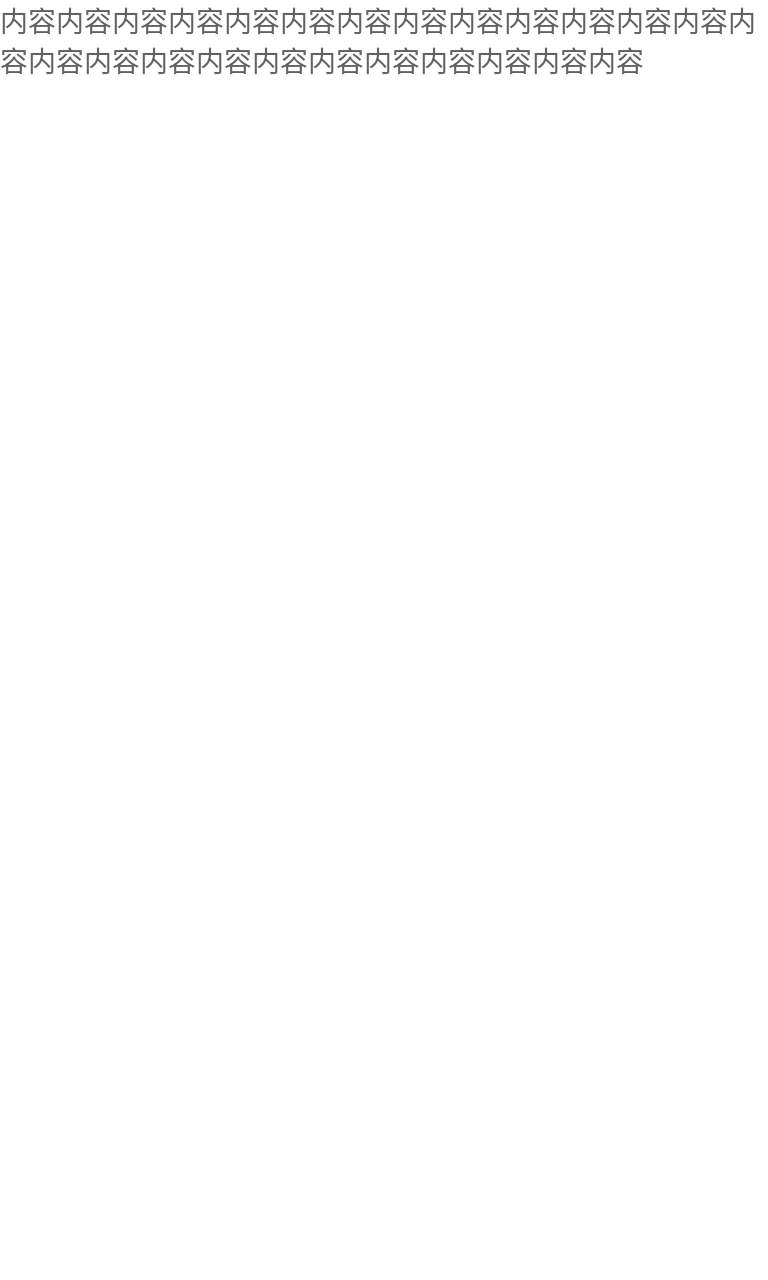
Repository: fatio/Nower
Layout: Android_Client_Source/EnjoyIt/res/layout/comment_list_item.xml
An editor plug-in stored every save of this project. The layout is shown before and after the next save, followed by the edit.
It is drawn on a 768 x 1280 px phone screen (xhdpi) without system bars, with theme AppTheme; the app's code is not run.

Above is the layout before, as saved 2015-12-27 14:13:46.

### Android_Client_Source/EnjoyIt/res/layout/comment_list_item.xml
<?xml version="1.0" encoding="utf-8"?>
<LinearLayout xmlns:android="http://schemas.android.com/apk/res/android"
    android:layout_width="match_parent"
    android:layout_height="match_parent"
    android:layout_marginBottom="5dp"
    android:layout_marginLeft="5dp"
    android:layout_marginRight="5dp"
    android:layout_marginTop="5dp"
    android:orientation="horizontal" >

    <!--
         <TextView
        android:id="@+id/tv_com_user"
        android:layout_width="wrap_content"
        android:layout_height="wrap_content"
        android:text="小明"
        android:textColor="#448AFF"
        android:textSize="12sp" />

    <TextView
        android:id="@+id/tv_back_text"
        android:layout_width="wrap_content"
        android:layout_height="wrap_content"
        android:text="回复"
        android:textColor="#2B2B2B"
        android:textSize="12sp" />

    <TextView
        android:id="@+id/tv_comed_user"
        android:layout_width="wrap_content"
        android:layout_height="wrap_content"
        android:text="小红"
        android:textColor="#448AFF"
        android:textSize="12sp" />

    <TextView
        android:layout_width="wrap_content"
        android:layout_height="wrap_content"
        android:text="："
        android:textColor="#2B2B2B"
        android:textSize="12sp" />

    <TextView
        android:id="@+id/tv_context"
        android:layout_width="wrap_content"
        android:layout_height="wrap_content"
        android:text="内容内容内容内容内容内容内容内容内容内容内容内容内容内容内容内容内容内容内容内容内容内容内容内容内容内容"
        android:textColor="#2B2B2B"
        android:textSize="12sp" />
    -->

    <TextView
        android:id="@+id/tv_text"
        android:layout_width="wrap_content"
        android:layout_height="wrap_content"
        android:text="内容内容内容内容内容内容内容内容内容内容内容内容内容内容内容内容内容内容内容内容内容内容内容内容内容"
        android:textColor="#616161" />

</LinearLayout>

### Android_Client_Source/EnjoyIt/res/values/styles.xml
<resources>
    <style name="like_toast_dialog_style">
        <item name="android:windowFrame">@null</item>
        <item name="android:windowIsFloating">true</item>
        <item name="android:windowIsTranslucent">true</item>
        <item name="android:windowNoTitle">true</item>
        <item name="android:backgroundDimEnabled">false</item>
        <item name="android:windowContentOverlay">@null</item>
        <item name="android:windowBackground">@drawable/round_background</item>
    </style>
    <style name="AnimBottom" parent="@android:style/Animation">
        <item name="android:windowEnterAnimation">@anim/push_bottom_in</item>
        <item name="android:windowExitAnimation">@anim/push_bottom_out</item>
    </style>

    <style name="PopupAnimation3" parent="android:Animation">
        <item name="android:windowEnterAnimation">@anim/push_bottom_in</item>
        <item name="android:windowExitAnimation">@anim/push_bottom_out</item>
    </style>

    <style name="PopupAnimation" mce_bogus="1" parent="android:Animation">
        <item name="android:windowEnterAnimation">@anim/activity_translate_in</item>
        <item name="android:windowExitAnimation">@anim/activity_translate_out</item>
    </style>

    <style name="PopupAnimation1" mce_bogus="1" parent="android:Animation">
        <item name="android:windowEnterAnimation">@anim/popup_enter</item>
        <item name="android:windowExitAnimation">@anim/popup_exit</item>
    </style>
    <!--
        Base application theme, dependent on API level. This theme is replaced
        by AppBaseTheme from res/values-vXX/styles.xml on newer devices.

    -->
    <style name="AppBaseTheme" parent="android:Theme.Light">
        <!--
            Theme customizations available in newer API levels can go in
            res/values-vXX/styles.xml, while customizations related to
            backward-compatibility can go here.

        -->
    </style>

    <!-- Application theme. -->
    <style name="AppTheme" parent="AppBaseTheme">
        <!-- All customizations that are NOT specific to a particular API-level can go here. -->
    </style>

</resources>

Loaded but not shown: Android_Client_Source/EnjoyIt/res/values-v11/styles.xml (common file); Android_Client_Source/EnjoyIt/res/values-v14/styles.xml (common file)

After the next save:
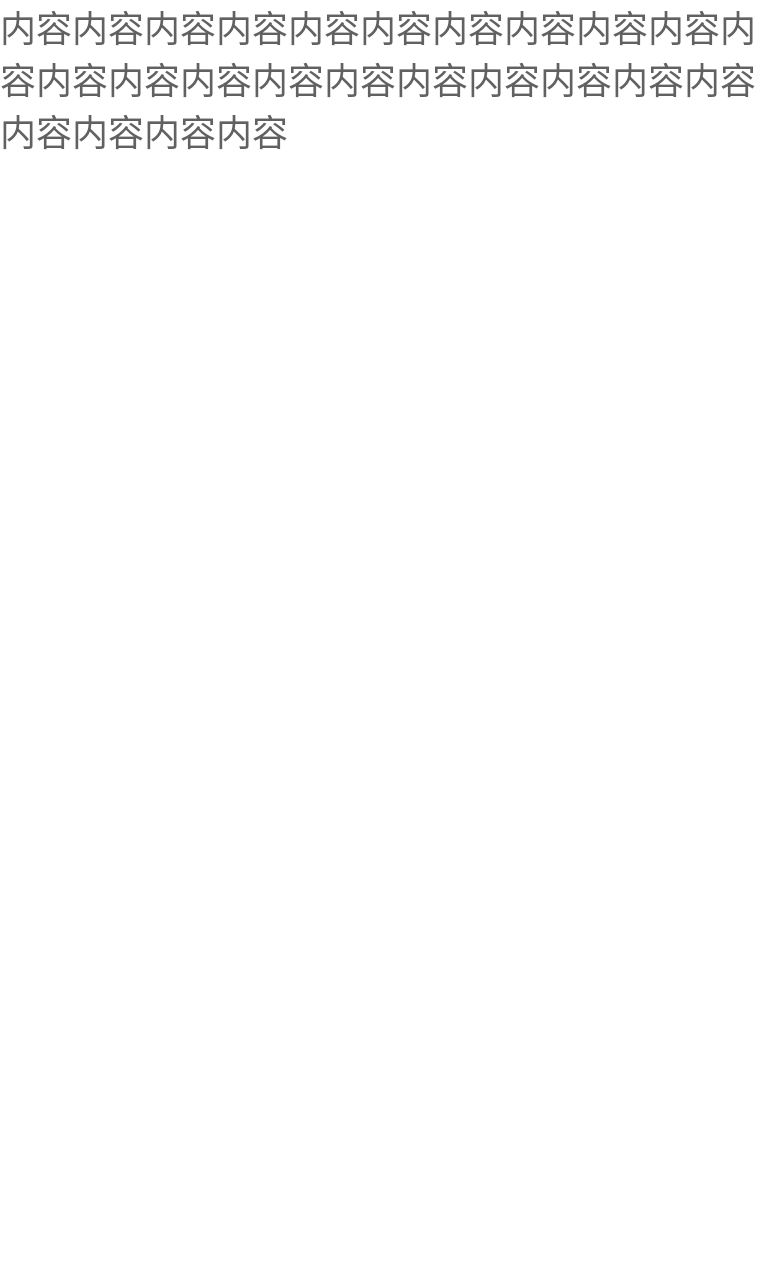
Saved 113 s later.
--- a/Android_Client_Source/EnjoyIt/res/layout/comment_list_item.xml
+++ b/Android_Client_Source/EnjoyIt/res/layout/comment_list_item.xml
@@ -3,8 +3,8 @@
     android:layout_width="match_parent"
     android:layout_height="match_parent"
     android:layout_marginBottom="5dp"
-    android:layout_marginLeft="5dp"
-    android:layout_marginRight="5dp"
+    android:layout_marginLeft="10dp"
+    android:layout_marginRight="10dp"
     android:layout_marginTop="5dp"
     android:orientation="horizontal" >
 
@@ -54,6 +54,7 @@
         android:layout_width="wrap_content"
         android:layout_height="wrap_content"
         android:text="内容内容内容内容内容内容内容内容内容内容内容内容内容内容内容内容内容内容内容内容内容内容内容内容内容"
-        android:textColor="#616161" />
+        android:textColor="#616161"
+        android:textSize="18sp"/>
 
 </LinearLayout>
